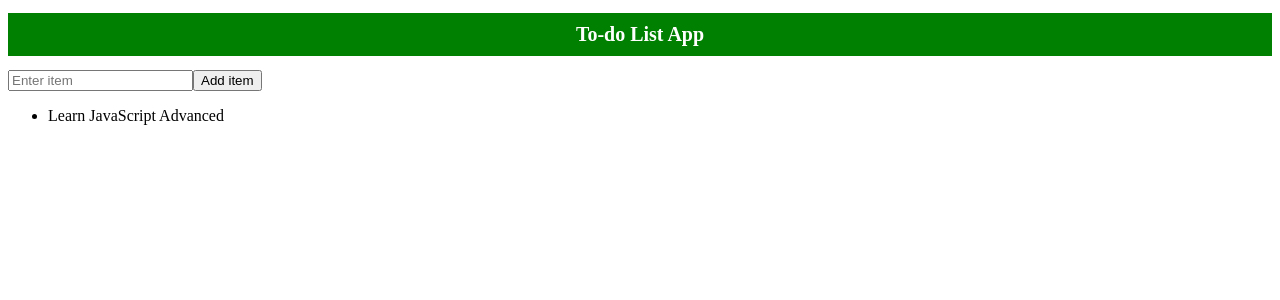
Repository: binhphanbp/WEB2064_JavaScript-Advanced_WD20305
Page: lesson4/lesson4.html
The author's editor kept a copy of each file at every save. The page is drawn from the files as they stood at one save, then again after the next save.
The browser window is 1280 px wide. The pictures show the whole page.

Above is the page before, as saved 2025-09-22 13:10:16.

After the next save:
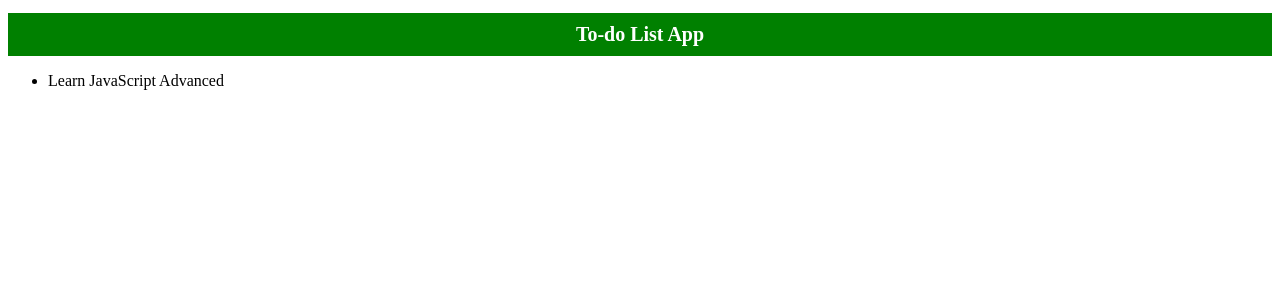
Saved 17 s later.
--- a/lesson4/lesson4.html
+++ b/lesson4/lesson4.html
@@ -51,6 +51,7 @@
       divTodo.appendChild(buttonTag);
 
       // 5. Thêm phần tử bằng HTML
+      divTodo.innerHTML = ``;
     </script>
   </body>
 </html>
